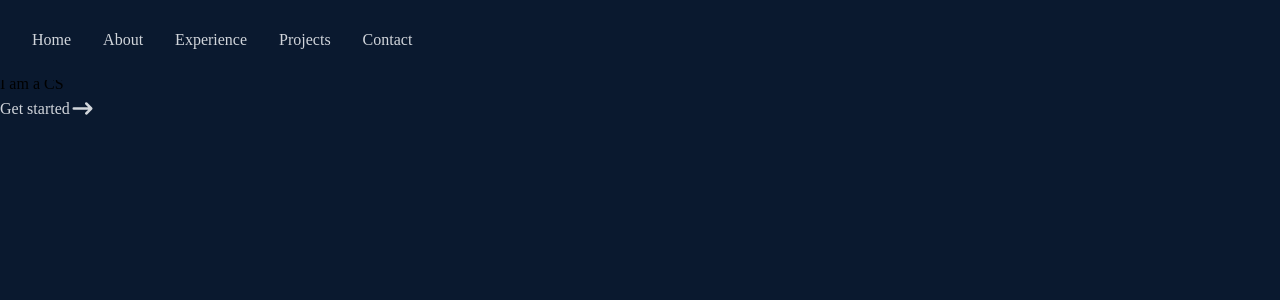
Repository: olichengus/Project-Portfolio
Page: /
An editor plug-in stored every save of this project. The page is shown before and after the next save, followed by the edit.
The browser window is 1280 px wide. The pictures show the whole page.
The project was rebuilt for these pictures with package versions that can differ from the ones it lists, and the page was loaded fresh each time.

Above is the page before, as saved 2024-02-02 21:04:44.

After the next save:
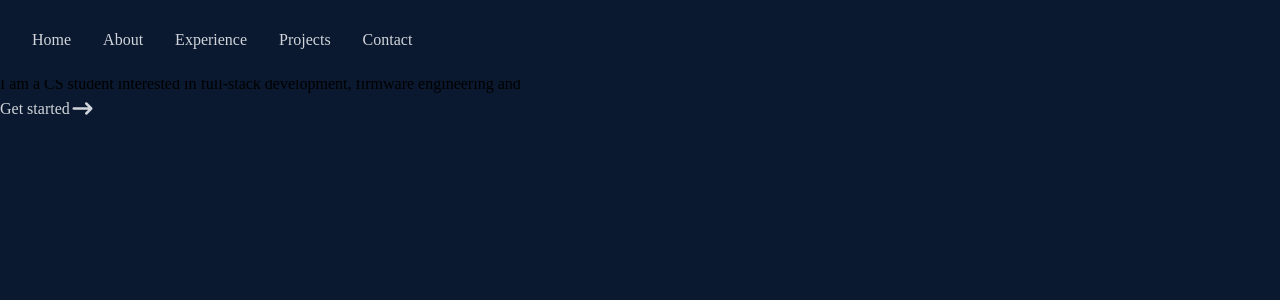
Saved 12 s later.
--- a/src/components/Home.jsx
+++ b/src/components/Home.jsx
@@ -10,7 +10,7 @@ const Home = () => {
         <p>Hi, my name is</p>
         <h1>Oliver Cheng</h1>
         <h2>I am a Computer Science Student</h2>
-        <p>I am a CS</p>
+        <p>I am a CS student interested in full-stack development, firmware engineering and </p>
         <button className='flex items-center justify-center bg-blue-500 text-gray-300 px-6 py-2 mt-4 hover:bg-blue-600 duration-300'>
           Get started <HiArrowNarrowRight size={25} className='ml-2' />
         </button>
